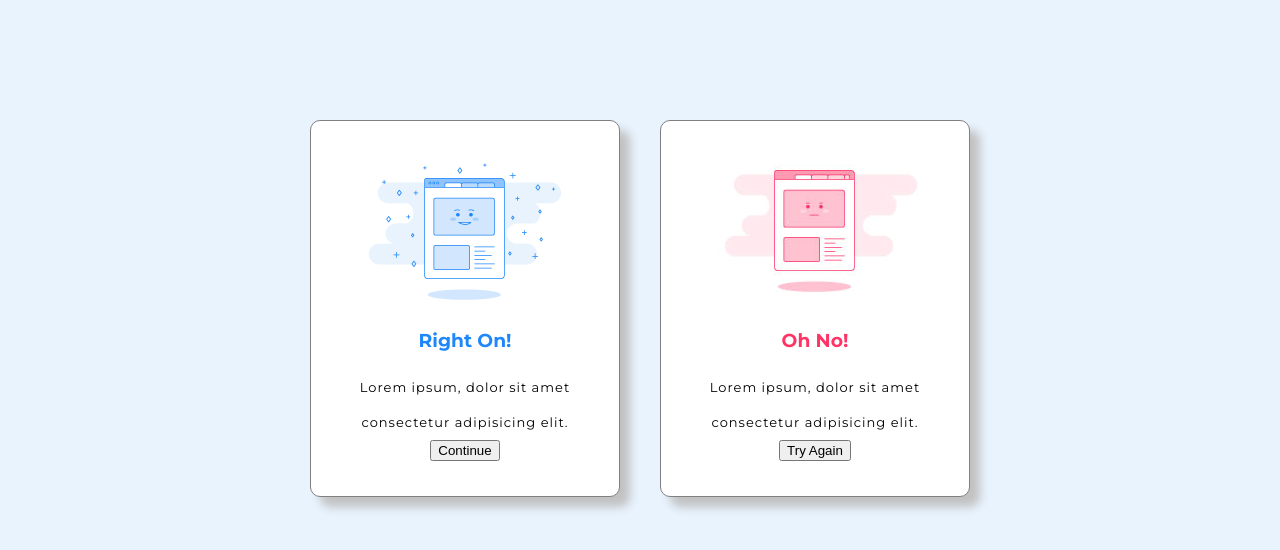
Repository: giahuy405/flash_message_BEM
Page: index.html
An editor plug-in stored every save of this project. The page is shown before and after the next save, followed by the edit.
The browser window is 1280 px wide. The pictures show the whole page.

Above is the page before, as saved 2022-09-06 02:38:11.

After the next save:
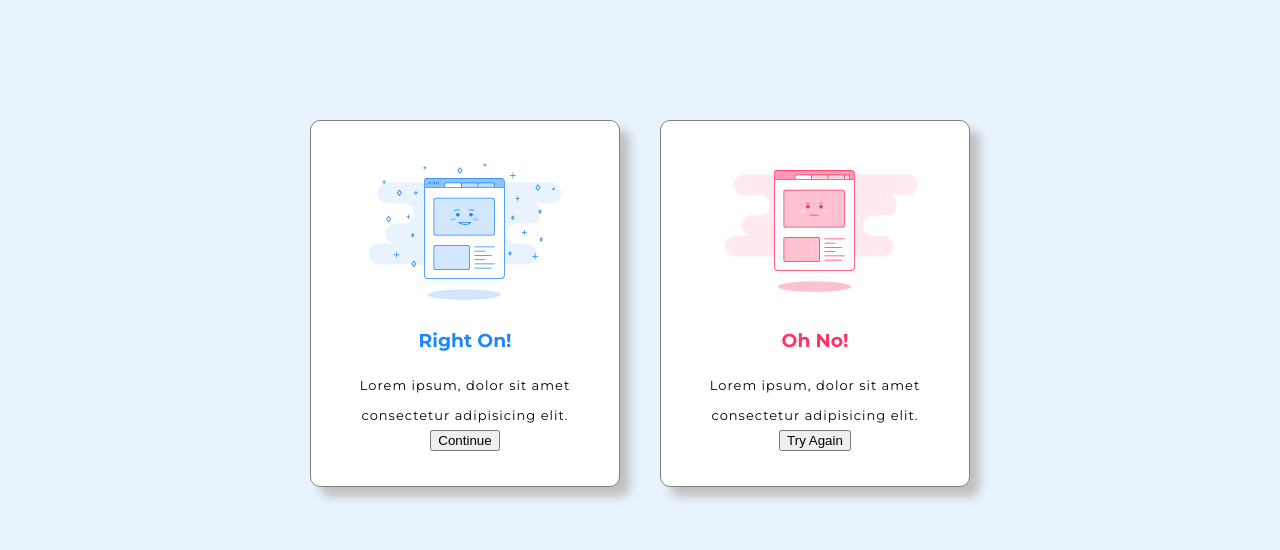
Saved 10 s later.
--- a/css/index.css
+++ b/css/index.css
@@ -37,6 +37,6 @@ body{
 }
 .flash-message__desc{
     font-size: 13px;
-    line-height: 35px;
+    line-height: 30px;
     letter-spacing: 1px;
 }
